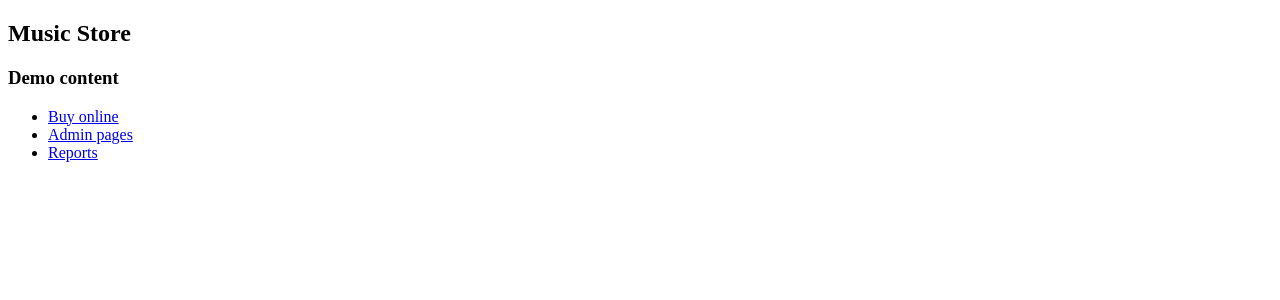
Repository: OnlyLight/Dua_Thu
Page: http://localhost/MusicStore/
The author's editor kept a copy of each file at every save. The page is drawn from the files as they stood at one save, then again after the next save.
The browser window is 1280 px wide. The pictures show the whole page.
The page is served by Tomcat 9. Other server files are loaded and not shown.

Above is the page before, as saved 2018-05-13 03:07:58.

### JavaWeb/MusicStore/src/main/webapp/WEB-INF/views/index.jsp
<%@ page language="java" contentType="text/html; charset=ISO-8859-1"
	pageEncoding="ISO-8859-1"%>
<!DOCTYPE html PUBLIC "-//W3C//DTD HTML 4.01 Transitional//EN" "http://www.w3.org/TR/html4/loose.dtd">
<html>
<head>
<meta http-equiv="Content-Type" content="text/html; charset=ISO-8859-1">
<title>Insert title here</title>
</head>
<body>

	<h2>Music Store</h2>

	<div>
		<h3>Demo content</h3>

		<ul>
			<li><a href="#">Buy online</a></li>
			<li><a href="#">Admin pages</a></li>
			<li><a href="#">Reports</a></li>
		</ul>
	</div>
</body>
</html>

After the next save:
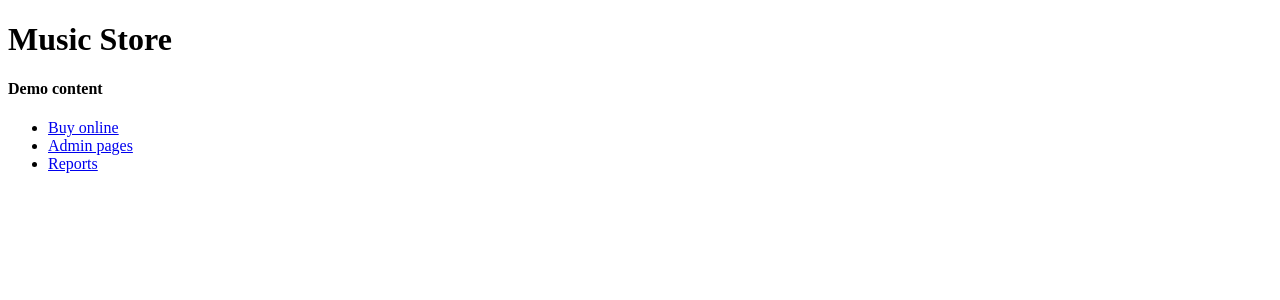
Saved 97 s later.
--- a/JavaWeb/MusicStore/src/main/webapp/WEB-INF/views/index.jsp
+++ b/JavaWeb/MusicStore/src/main/webapp/WEB-INF/views/index.jsp
@@ -8,10 +8,10 @@
 </head>
 <body>
 
-	<h2>Music Store</h2>
+	<h1>Music Store</h1>
 
 	<div>
-		<h3>Demo content</h3>
+		<h4>Demo content</h4>
 
 		<ul>
 			<li><a href="#">Buy online</a></li>
